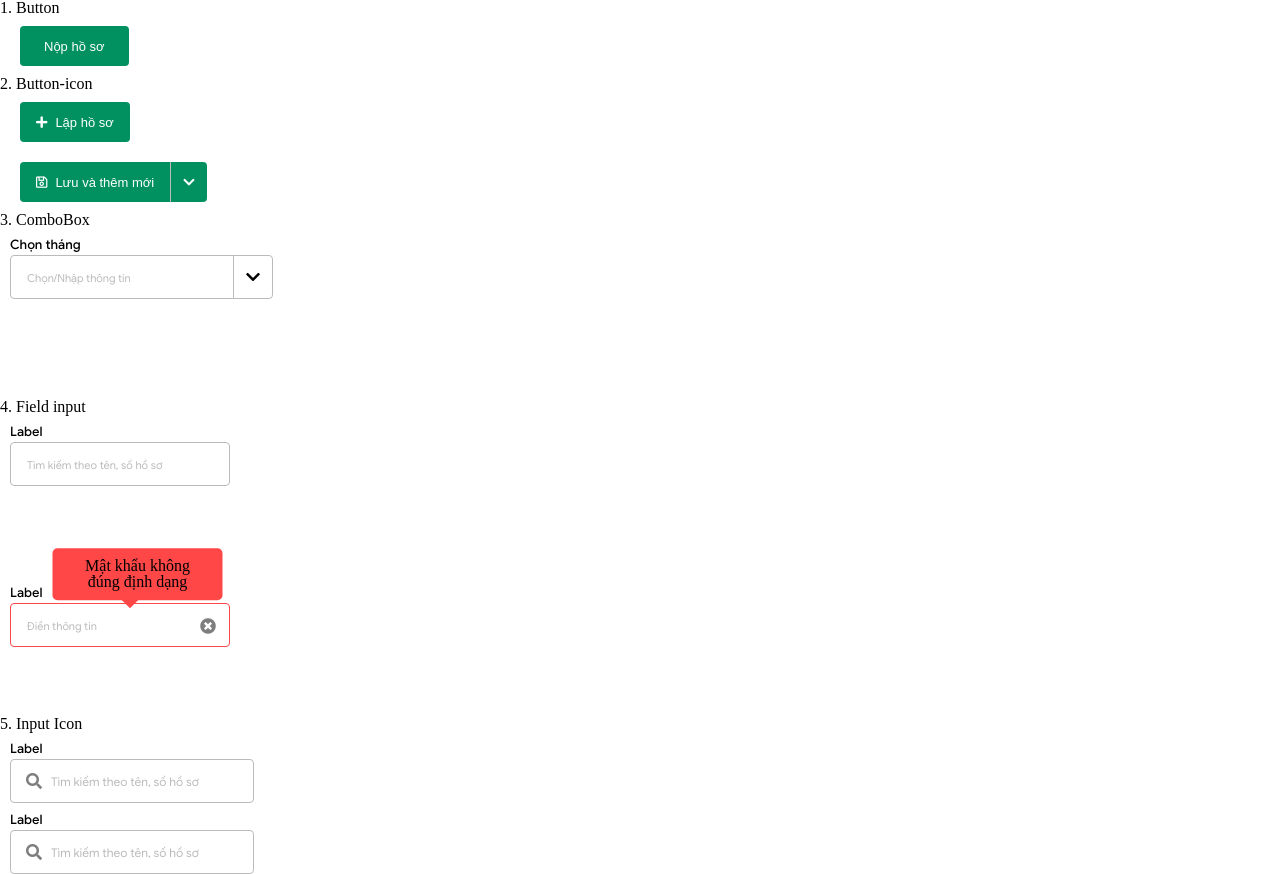
Repository: DAOVANLOI2K1/cukcuk_employeeGrid
Page: Page/index.html
An editor plug-in stored every save of this project. The page is shown before and after the next save, followed by the edit.
The browser window is 1280 px wide. The pictures show the whole page.

Above is the page before, as saved 2022-06-28 10:28:23.

### Page/index.html
<!DOCTYPE html>
<html lang="en">
<head>
    <meta charset="UTF-8">
    <meta http-equiv="X-UA-Compatible" content="IE=edge">
    <meta name="viewport" content="width=\\, initial-scale=1.0">
    <link rel="stylesheet" href="../css/common/common.css">
    <link rel="stylesheet" href="../css/layout/reset.css">
    <link rel="stylesheet" href="../asset/font/fontawesome-5.15.1/css/all.min.css">
    <title>Document</title>
</head>
<body>
    <label>1. Button</label>
    <div class="row">
        <button class="ms-btn">Nộp hồ sơ</button>
    </div>
    <label>2. Button-icon</label>
    <div class="row">
        <button class="ms-btn ms-btn-icon"><i class="fas fa-plus icon"></i>Lập hồ sơ</button>
    </div>
    <div class="row">
        <button class="ms-btn ms-btn-icon btn2"><i class="far fa-save icon"></i>Lưu và thêm mới</button>
        <button class="ms-btn arrow-down"><i class="fas fa-chevron-down icon"></i></button>
    </div>
    <label>3. ComboBox</label>
    <div class="row">
        <h3 class="label">Chọn tháng</h3>
        <div class="combo_box">
            <input type="text" class="ms-input input1" id="input" placeholder="Chọn/Nhập thông tin">
            <i class="fas fa-chevron-down icon"></i>
            <div class="options-dropdown">
                <div class="option">
                    <i class="fas fa-check option_icon"></i>
                    <h3 class="option_text">Trạng thái 1</h3>
                </div>
                <div class="option">
                    <i class="fas fa-check option_icon"></i>
                    <h3 class="option_text">Trạng thái 2</h3>
                </div>
            </div>
        </div>
    </div>
    <label>4. Field input</label>
    <div class="row">
        <h3 class="label">Label</h3>
        <input type="text" class="ms-input" placeholder="Tìm kiếm theo tên, số hồ sơ">
    </div>
    <div class="row" style="margin-top: 100px;">
        <h3 class="label">Label</h3>
        <input type="text" class="ms-input error_input" placeholder="Điền thông tin">
        <div class="error_box">
            <h2 class="error_message">Mật khẩu không đúng định dạng</h2>
        </div>
        <i class="fas fa-times-circle error_icon"></i>
    </div>
    <label>5. Input Icon</label>
    <div class="row" style="position: relative;">
        <h3 class="label">Label</h3>
        <input type="text" class="ms-input search_input" placeholder="Tìm kiếm theo tên, số hồ sơ">
        <i class="fas fa-search search_icon"></i>
    </div>
    <div class="row" style="position: relative;">
        <h3 class="label">Label</h3>
        <input type="text" class="ms-input search_input" placeholder="Tìm kiếm theo tên, số hồ sơ">
        <i class="fas fa-search search_icon"></i>
        <!-- <div class="error_box">
            <h2 class="error_message">Mật khẩu không đúng định dạng</h2>
        </div> -->
    </div>
    <script src="../js/main.js"></script>
</body>
</html>

### css/common/common.css
@import url(button.css);
@import url(input.css);
@import url(combobox.css);
@import url(fieldInput.css);
@import url(inputIcon.css);

body {
    font-family: GoogleSans-Regular;
    box-sizing: border-box;
}

.row {
    margin-left: 10px;
}

@font-face {
    font-family: GoogleSans-Bold;
    src: url(../../asset/font/GoogleSans-Bold.otf);
}
@font-face {
    font-family: GoogleSans-Medium;
    src: url(../../asset/font/GoogleSans-Medium.otf);
}
@font-face {
    font-family: GoogleSans-Regular;
    src: url(../../asset/font/GoogleSans-Regular.otf);
}

### js/main.js
// click arrow combobox
document.querySelector('.combo_box .icon').addEventListener('click', function(e) {
    this.classList.toggle('active');
    document.getElementsByClassName('option')[1].classList.remove('active');
    document.getElementsByClassName('option')[0].classList.remove('active');
});
// click option drop combobox
document.getElementsByClassName('option')[0].addEventListener('click', function() {
    this.classList.add('active');
    document.getElementsByClassName('option')[1].classList.remove('active');
    document.getElementById('input').value = 'Trạng thái 1';
});
document.getElementsByClassName('option')[1].addEventListener('click', function() {
    this.classList.add('active');
    document.getElementsByClassName('option')[0].classList.remove('active');
    document.getElementById('input').value = 'Trạng thái 2';
});

### css/common/button.css
.ms-btn {
    margin: 10px;
    height: 40px;
    padding: 0 24px;
    color: #fff;
    background-color: #019160;
    border-radius: 4px;
    font-size: 13px;
    align-items: center;
    border: none;
    cursor: pointer;
    min-width: 100px;
    transition: all .1s linear;
}

.ms-btn:hover {
    background-color: #2fbe8e;
}

.ms-btn:active {
    background-color: #01b075;
}

.ms-btn-icon {
    padding: 0 16px;
    text-align: left;
    margin-right: 0;
}

.ms-btn-icon > .icon{
    margin-right: 8px;
}

.btn2 {
    border-top-right-radius: 0;
    border-bottom-right-radius: 0;
}

.arrow-down {
    padding: 0 12px;
    min-width: unset;
    margin-left: -4px;
    border-left: 1px solid #bbb;
    border-bottom-left-radius: 0;
    border-top-left-radius: 0;
}
.arrow-down:hover > .icon {
    transform: rotate(180deg);
}

### css/common/input.css
.ms-input {
    outline: none;
    padding-left: 16px;
    height: 40px;
    border: 1px solid #bbb;
    border-radius: 4px;
    width: 200px;
    font-size: 13px;
    color: #000;
}

.label {
    margin-top: 10px;
    margin-bottom: 4px;
    font-size: 13px;
    color: #000;
    font-family: GoogleSans-Medium;
}

.ms-input::placeholder {
    font-size: 11px;
    color: #bbb;
    font-family: GoogleSans-Regular;
}

.ms-input:focus {
    border-color: #019160;
}

### css/common/combobox.css
.input1 {
    padding-right: 45px;
}

.combo_box {
    position: relative;
    display: inline-block;
    margin-bottom: 100px;
}

.combo_box > .icon {
    position: absolute;
    top: 1px;
    right: 1px;
    padding: 13px 12px;
    border-left: 1px solid #bbb;
    border-top-right-radius: 4px;
    border-bottom-right-radius: 4px;
    cursor: pointer;
}
.icon.active {
    border-top-right-radius: 0;
    border-bottom-right-radius: 0;
    border-top-left-radius: 4px;
    border-bottom-left-radius: 4px;
    border-left: none;
    border-right: 1px solid #bbb;
    background-color: #e9ebee;
    transform: rotate(180deg);
}
.icon.active ~ .options-dropdown {
    opacity: 1;
    visibility: visible;
}

.options-dropdown {
    position: absolute;
    padding: 5px 0;
    top: 100%;
    left: 0;
    width: 100%;
    border-radius: 4px;
    box-shadow: 0 2px 5px 0 rgba(0, 0, 0, 0.432);
    opacity: 0;
    visibility: hidden;
    transition: all .1s linear;
}

.option {
    display: flex;
    align-items: center;
    height: 40px;
}

.option_icon {
    margin: 0 10px;
    font-size: 16px;
    opacity: 0;
}

.option:hover {
    background-color: #e9ebee;
}

.option.active {
    background-color: #019160;
    color: white;
}
.option.active > .option_icon{
    opacity: 1;
}

### css/common/fieldInput.css
.error_box {
    width: 130px;
    padding: 10px 20px;
    background-color: #ff4747;
    text-align: center;
    border-radius: 5px;
    position: relative;
    transform: translate(25%, -190%);
}

.error_box::before {
    content: "";
    position: absolute;
    bottom: -5px;
    right: 50%;
    width: 15px;
    height: 15px;
    background-color: #ff4747;
    transform: rotate(45deg);
}

.error_input {
    border-color: #ff4747;
}

.error_icon {
    transform: translate(190px, -81px);
    opacity: 0.5;
    cursor: pointer;
}

### css/common/inputIcon.css
.search_input {
    padding-left: 40px;
}

.search_input::placeholder {
    font-size: 12px;
}

.search_icon {
    font-size: 16px;
    position: absolute;
    bottom: 14.5px;
    left: 0;
    padding-left: 16px;
    padding-right: 8px;
    opacity: 0.5;
}

Loaded but not shown: css/layout/reset.css (common file); asset/font/fontawesome-5.15.1/css/all.min.css (library)

After the next save:
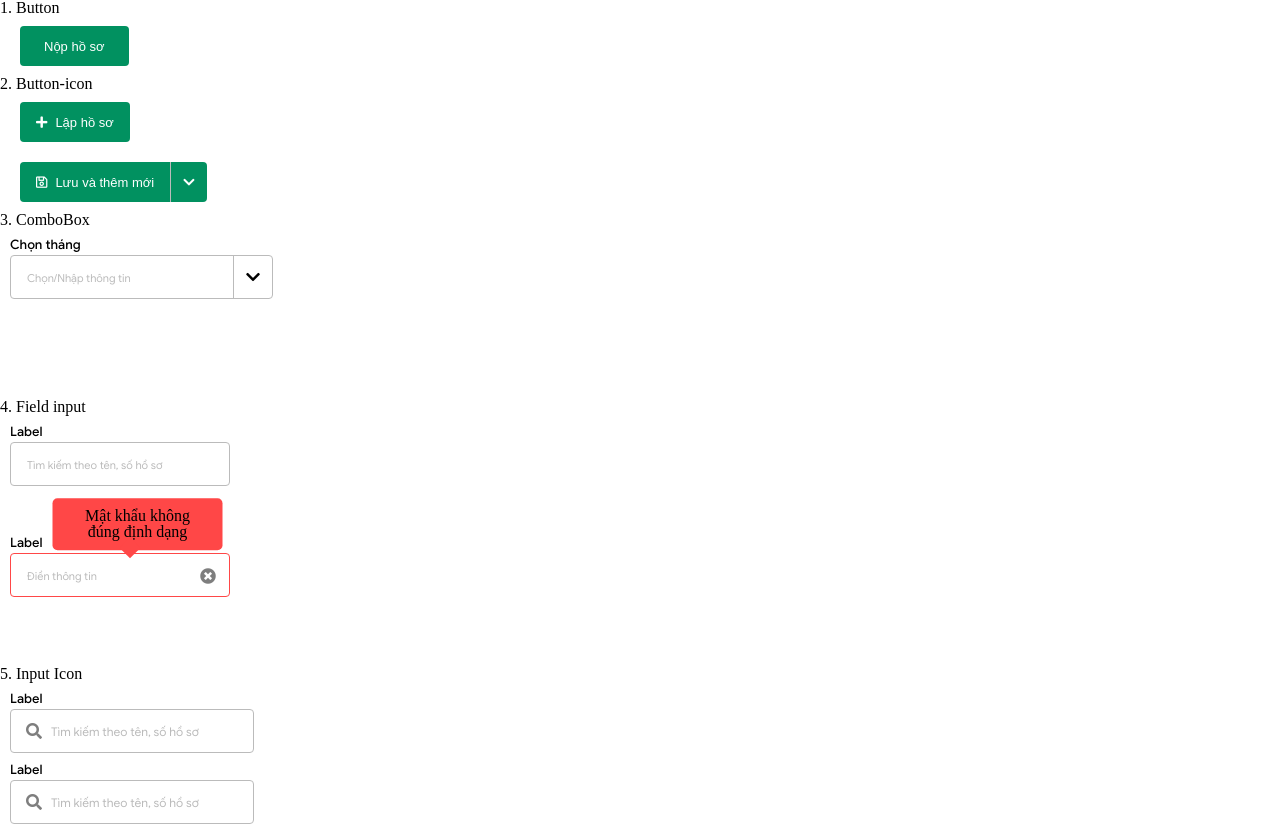
Saved 5 s later.
--- a/Page/index.html
+++ b/Page/index.html
@@ -45,7 +45,7 @@
         <h3 class="label">Label</h3>
         <input type="text" class="ms-input" placeholder="Tìm kiếm theo tên, số hồ sơ">
     </div>
-    <div class="row" style="margin-top: 100px;">
+    <div class="row" style="margin-top: 50px;">
         <h3 class="label">Label</h3>
         <input type="text" class="ms-input error_input" placeholder="Điền thông tin">
         <div class="error_box">
